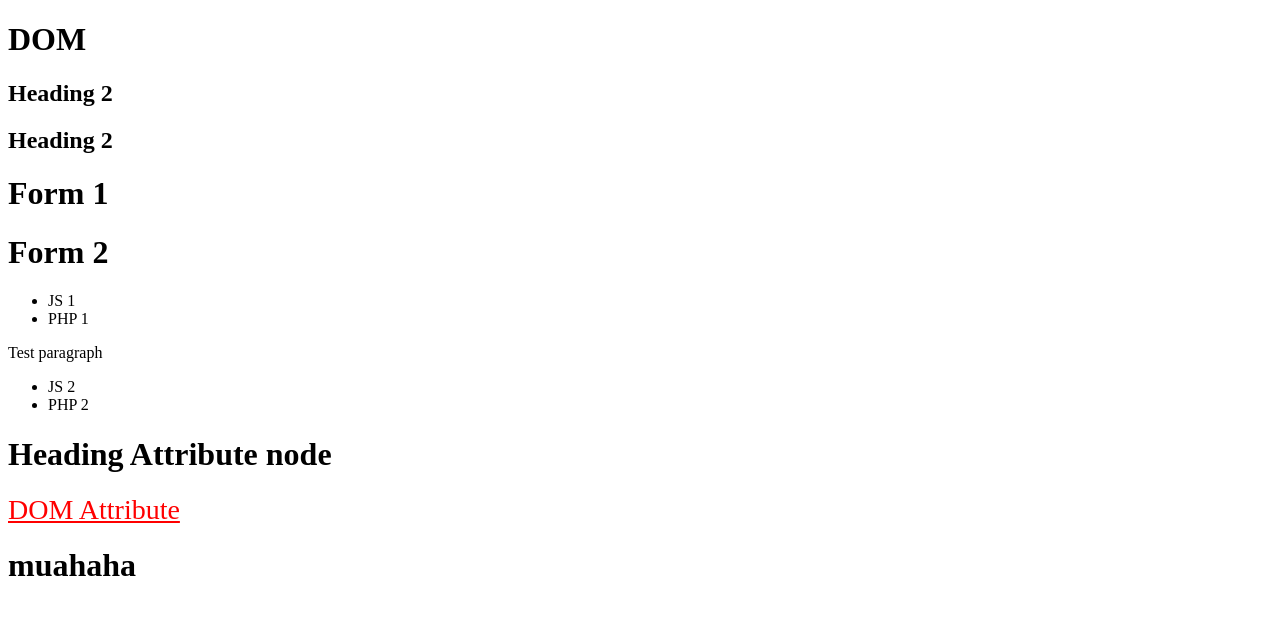
Repository: tannv3201/learn_JS_F8
Page: DOM/index.html
An editor plug-in stored every save of this project. The page is shown before and after the next save, followed by the edit.
The browser window is 1280 px wide. The pictures show the whole page.

Above is the page before, as saved 2022-08-06 22:45:44.

After the next save:
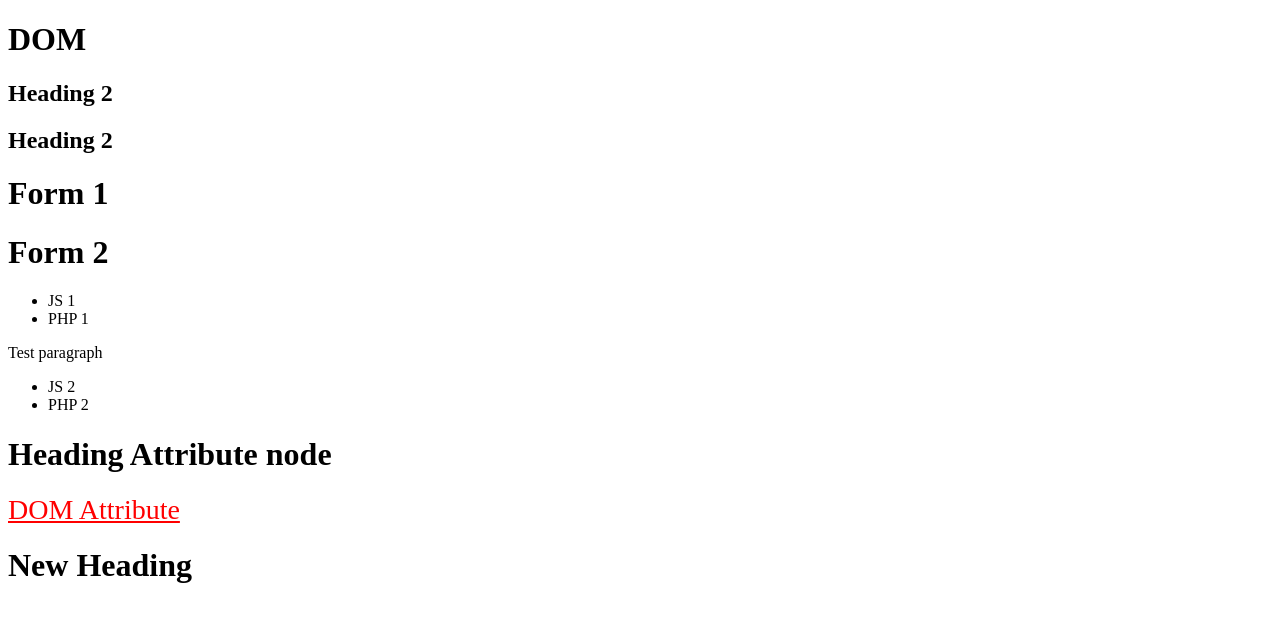
Saved 49 s later.
--- a/DOM/main.js
+++ b/DOM/main.js
@@ -111,5 +111,5 @@ domAttr.setAttribute('style','font-size:28px; color:red;')
 var headingElement = document.querySelector('.heading-innertext')
 console.log('inner Text: ',headingElement.innerText)
 console.log('text Content: ',headingElement.textContent)
-headingElement.innerText = 'muahaha'
+headingElement.innerText = 'New Heading'
 // textContent
